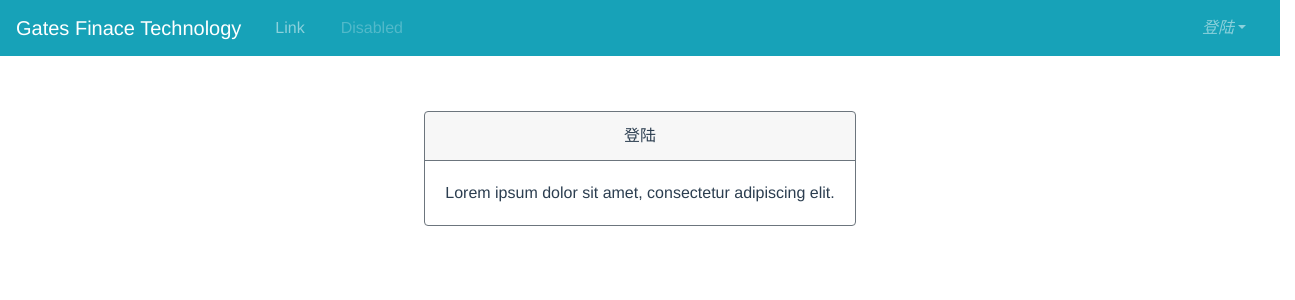
Repository: sqsssq/GatesFinace
Page: /login (app in webview/)
The author's editor kept a copy of each file at every save. The page is drawn from the files as they stood at one save, then again after the next save.
The browser window is 1280 px wide. The page is 1295 px wide, so the pictures cover 1295 px, including what lies to the right of the window. The pictures show the whole page.
The project was rebuilt for these pictures with package versions that can differ from the ones it lists, and the page was loaded fresh each time. Also part of the build but not shown: webview/src/components/HelloWorld.vue, webview/src/views/Home.vue, webview/src/components/gatesCarousel.vue, webview/src/views/main.vue.

Above is the page before, as saved 2020-11-03 16:17:38.

### webview/public/index.html
<!DOCTYPE html>
<html lang="en">
  <head>
    <meta charset="utf-8">
    <meta http-equiv="X-UA-Compatible" content="IE=edge">
    <meta name="viewport" content="width=device-width,initial-scale=1.0">
    <link rel="icon" href="<%= BASE_URL %>favicon.ico">
    <title><%= htmlWebpackPlugin.options.title %></title>
    <style>
      html, body{ margin:0; height:100%; }
    </style>
  </head>
  <body>
    <noscript>
      <strong>We're sorry but <%= htmlWebpackPlugin.options.title %> doesn't work properly without JavaScript enabled. Please enable it to continue.</strong>
    </noscript>
    <div id="app"></div>
    <!-- built files will be auto injected -->
  </body>
</html>

### webview/src/main.js
import Vue from 'vue'
import App from './App.vue'
import router from './router'
import store from './store'
import ElementUI from 'element-ui'
import 'element-ui/lib/theme-chalk/index.css'
import 'element-ui/lib/theme-chalk/base.css'
import { BootstrapVue, IconsPlugin } from 'bootstrap-vue'
import 'bootstrap/dist/css/bootstrap.css'
import 'bootstrap-vue/dist/bootstrap-vue.css'

Vue.config.productionTip = false
Vue.use(ElementUI);
Vue.use(BootstrapVue);
Vue.use(IconsPlugin);

new Vue({
  router,
  store,
  render: h => h(App)
}).$mount('#app')

### webview/src/App.vue
<template>
  <div id="app">
    <!-- <div id="nav">
      <router-link to="/">Home</router-link> |
      <router-link to="/about">About</router-link>
    </div> -->
    <router-view/>
  </div>
</template>

<style lang="stylus">
#app
  font-family Avenir, Helvetica, Arial, sans-serif
  -webkit-font-smoothing antialiased
  -moz-osx-font-smoothing grayscale
  text-align center
  color #2c3e50
  margin-top 0px
  height 100%
</style>

### webview/src/router/index.js
import Vue from 'vue'
import VueRouter from 'vue-router'
import Home from '../views/Home.vue'
import Main from '../views/main.vue'
import Login from '../views/login.vue'

Vue.use(VueRouter)

const routes = [
  {
    path: '/',
    name: 'Home',
    component: Home
  },
  {
    path: '/about',
    name: 'About',
    // route level code-splitting
    // this generates a separate chunk (about.[hash].js) for this route
    // which is lazy-loaded when the route is visited.
    component: () => import(/* webpackChunkName: "about" */ '../views/About.vue')
  },
  {
    path: '/main',
    name: 'Main',
    component: Main
  },
  {
    path: '/login',
    name: 'Login',
    component: Login
  }
]

const router = new VueRouter({
  mode: 'history',
  base: process.env.BASE_URL,
  routes
})

export default router

### webview/src/views/login.vue
<!--
 * @Author: your name
 * @Date: 2020-11-01 17:40:45
 * @LastEditTime: 2020-11-03 08:31:04
 * @LastEditors: Please set LastEditors
 * @Description: In User Settings Edit
 * @FilePath: \webview\src\views\main.vue
-->
<template>
  <div class="container-fiuled" style="height: 100%;">
    <!-- <img alt="Vue logo" src="../assets/logo.png"> -->
    <!-- <HelloWorld msg="Welcome to Your Vue.js App" style="height:100%"/> -->
    <gatesNavbar />
    <div class="row" style="margin-top: 5px;">
      <div class="col"  style="padding-left: 0px; padding-right: 0px;">
      </div>
      <gatesLogin style="margin-top: 50px;"/>
      <div class="col"  style="padding-left: 0px; padding-right: 0px;">
      </div>
    </div>
  </div>
</template>

<script>
// @ is an alias to /src
import HelloWorld from '@/components/HelloWorld.vue'
import gatesNavbar from '@/components/gatesNavbar.vue'
import gatesLogin from '@/components/gatesLogin.vue'

export default {
  name: 'Home',
  components: {
    gatesNavbar,
    gatesLogin
  }
}
</script>

### webview/src/components/gatesNavbar.vue
<!--
 * @Author: your name
 * @Date: 2020-10-31 09:19:12
 * @LastEditTime: 2020-11-03 08:32:14
 * @LastEditors: Please set LastEditors
 * @Description: In User Settings Edit
 * @FilePath: \webview\src\components\HelloWorld.vue
-->
<template>
  <div>
    <b-navbar
      toggleable="lg"
      type="dark"
      variant="info"
    >
      <b-navbar-brand href="/main">Gates Finace Technology</b-navbar-brand>

      <b-navbar-toggle target="nav-collapse"></b-navbar-toggle>

      <b-collapse
        id="nav-collapse"
        is-nav
      >
        <b-navbar-nav>
          <b-nav-item href="#">Link</b-nav-item>
          <b-nav-item
            href="#"
            disabled
          >Disabled</b-nav-item>
        </b-navbar-nav>

        <!-- Right aligned nav items -->
        <b-navbar-nav class="ml-auto">
          <!-- <b-nav-form style="padding-top: 2px">
            <b-form-input
              size="sm"
              class="mr-sm-2"
              placeholder="Search"
            ></b-form-input>
            <b-button
              size="sm"
              class="my-2 my-sm-0"
              type="submit"
            >Search</b-button>
          </b-nav-form> -->

          <!-- <b-nav-item-dropdown text="Lang" right>
          <b-dropdown-item href="#">EN</b-dropdown-item>
          <b-dropdown-item href="#">ES</b-dropdown-item>
          <b-dropdown-item href="#">RU</b-dropdown-item>
          <b-dropdown-item href="#">FA</b-dropdown-item>
        </b-nav-item-dropdown> -->

          <b-nav-item-dropdown right>
            <!-- Using 'button-content' slot -->
            <template #button-content>
              <em>{{username == '' ? '登陆' : username}}</em>
            </template>
            <b-dropdown-item href="/login">登陆</b-dropdown-item>
            <b-dropdown-item href="#">注册</b-dropdown-item>
            <b-dropdown-item href="#">登出</b-dropdown-item>
          </b-nav-item-dropdown>
        </b-navbar-nav>
      </b-collapse>
    </b-navbar>
  </div>
</template>

<script>
import axios from 'axios';
export default {
  name: 'gatesNavbar',
  // props: {
  //   msg: String
  // }
  data () {
    return {
      username: ''
    }
  },
  methods: {
  },
  created () {
    // console.log(2);
    // this.getmsg();
  },
  mounted () {

    // this.createLogo();
  }
}
</script>

<!-- Add "scoped" attribute to limit CSS to this component only -->
<style scoped lang="stylus">
h3 {
  letter-spacing: 3px;
  color: #fff;
  font-weight: 500;
  margin-bottom: 10px;
  margin-top: 10px;
  font-size: 15px;
}

h2 {
  margin-top: 10px;
  color: #fff;
  letter-spacing: 10px;
  // font-size: 40px
  font-size: 20px;
}

ul {
  list-style-type: none;
  padding: 0;
}

li {
  display: inline-block;
  margin: 0 10px;
}

a {
  color: #42b983;
}
</style>

### webview/src/components/gatesLogin.vue
<!--
 * @Author: your name
 * @Date: 2020-10-31 09:19:12
 * @LastEditTime: 2020-11-03 08:32:14
 * @LastEditors: Please set LastEditors
 * @Description: In User Settings Edit
 * @FilePath: \webview\src\components\HelloWorld.vue
-->
<template>
  <div>
    <b-card
        border-variant="secondary"
        header="登陆"
        header-border-variant="secondary"
        align="center"
      >
        <b-card-text>Lorem ipsum dolor sit amet, consectetur adipiscing elit.</b-card-text>
      </b-card>

  </div>
</template>

<script>
import axios from 'axios';
export default {
  name: 'gatesLogin',
  // props: {
  //   msg: String
  // }
  data () {
    return {
      username: ''
    }
  },
  methods: {
  },
  created () {
    // console.log(2);
    // this.getmsg();
  },
  mounted () {

    // this.createLogo();
  }
}
</script>

<!-- Add "scoped" attribute to limit CSS to this component only -->
<style scoped lang="stylus">

</style>

Loaded but not shown: webview/src/store/index.js (common file)

After the next save:
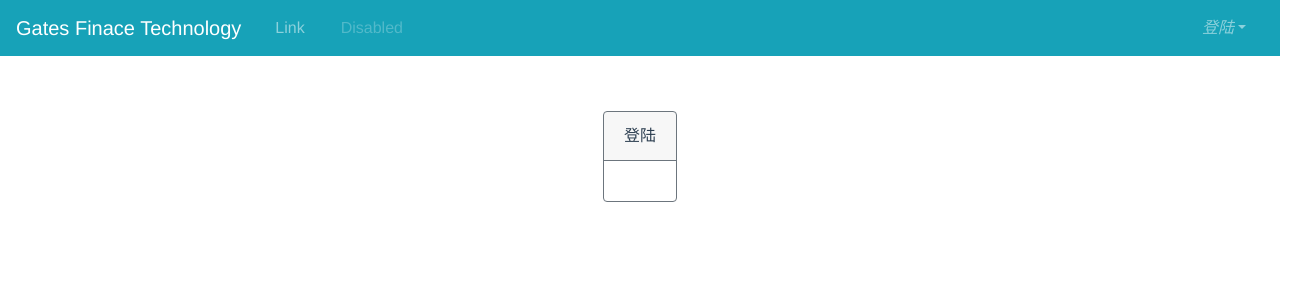
Saved 4 min 47 s later.
--- a/webview/src/components/gatesLogin.vue
+++ b/webview/src/components/gatesLogin.vue
@@ -14,7 +14,7 @@
         header-border-variant="secondary"
         align="center"
       >
-        <b-card-text>Lorem ipsum dolor sit amet, consectetur adipiscing elit.</b-card-text>
+        <!-- <b-card-text>Lorem ipsum dolor sit amet, consectetur adipiscing elit.</b-card-text> -->
       </b-card>
 
   </div>
